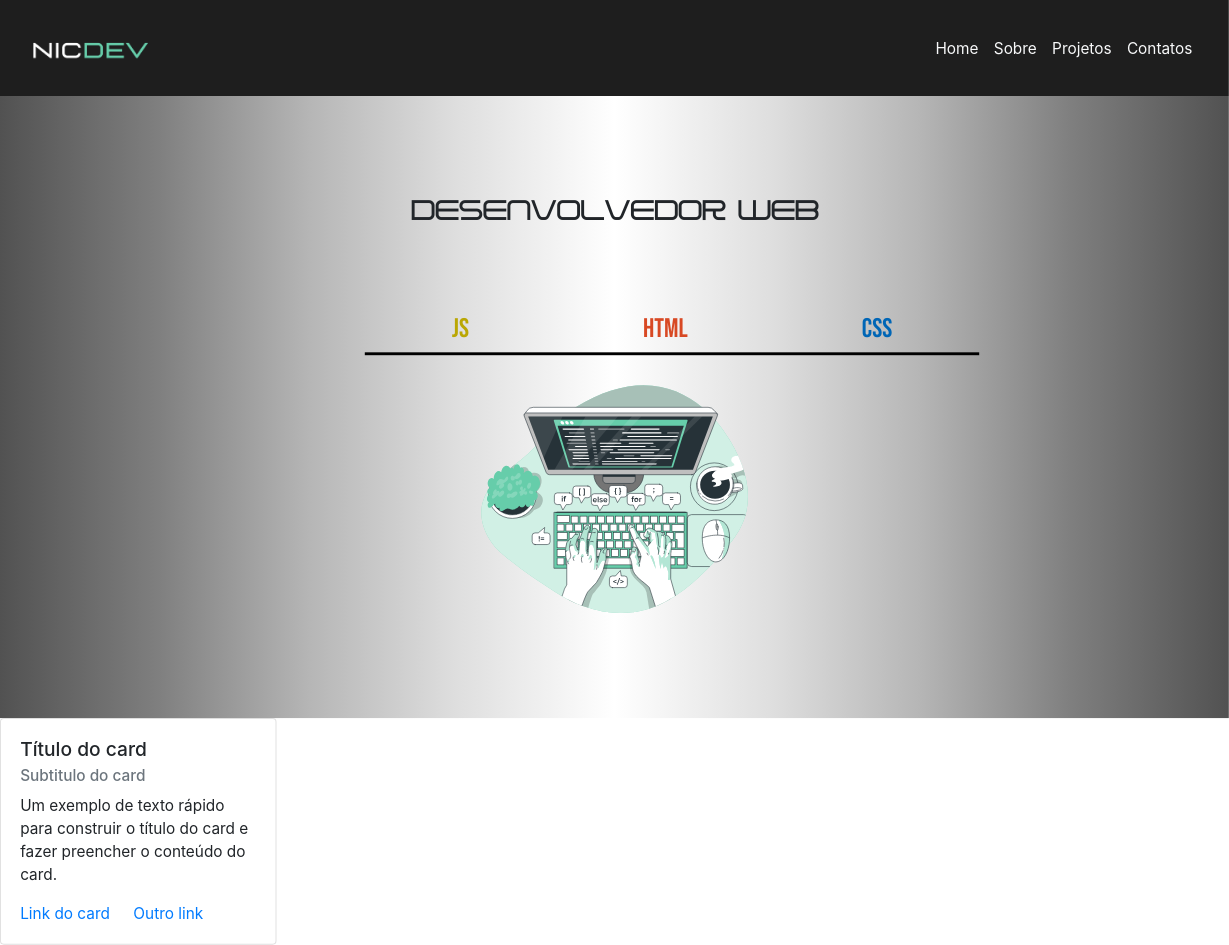
Repository: Leonngc/nicdev
Page: index.html
The author's editor kept a copy of each file at every save. The page is drawn from the files as they stood at one save, then again after a run of saves.
The browser window is 1280 px wide. The pictures show the whole page, at 96% of full size.

Above is the page before, as saved 2023-04-14 11:46:16.

### index.html
<!DOCTYPE html>
<html lang="pt-br">
  <head>
    <meta charset="UTF-8" />
    <meta http-equiv="X-UA-Compatible" content="IE=edge" />
    <meta name="viewport" content="width=device-width, initial-scale=1.0" />
    <link rel="stylesheet" href="https://stackpath.bootstrapcdn.com/bootstrap/4.1.3/css/bootstrap.min.css" integrity="sha384-MCw98/SFnGE8fJT3GXwEOngsV7Zt27NXFoaoApmYm81iuXoPkFOJwJ8ERdknLPMO" crossorigin="anonymous">
    <link rel="stylesheet" href="styles/gradiente.css">
    <title>nicdev</title>
  </head>
  <body>

    <header>
      <nav class="navbar navbar-expand-lg navbar-dark" style="background-color: #1E1E1E; padding: 30px;">
        <a class="navbar-brand" href="#" ><img src="images/nicdev-logo.png" alt="" style="width: 130px;"></a>
        <button class="navbar-toggler" type="button" data-toggle="collapse" data-target="#navbarNav" aria-controls="navbarNav" aria-expanded="false" aria-label="Alterna navegação">
          <span class="navbar-toggler-icon"></span>
        </button>
        <div class="collapse navbar-collapse justify-content-end" id="navbarNav">
          <ul class="navbar-nav" >
            <li class="nav-item active">
              <a class="nav-link text-light " href="#">Home <span class="sr-only">(Página atual)</span></a>
            </li>
            <li class="nav-item">
              <a class="nav-link text-light" href="#">Sobre</a>
            </li>
            <li class="nav-item ">
              <a class="nav-link text-light" href="#">Projetos</a>
            </li>
            <li class="nav-item">
              <a class="nav-link text-light" href="#">Contatos</a>
            </li>
          </ul>
        </div>
      </nav>
    </header>

    <div class="contain">
      <h2>DESENVOLVEDOR WEB</h2>
      <div class="skills">
        <span style="color: #baa704;">JS</span>
        <span style="color: #D84924;">HTML</span>
        <span style="color: #0066B6;">CSS</span>
      </div>

      <img src="images/Code typing-bro.svg" alt="" class="code-image">
    </div>

    <main>
      <div class="card" style="width: 18rem;">
        <div class="card-body">
          <h5 class="card-title">Título do card</h5>
          <h6 class="card-subtitle mb-2 text-muted">Subtitulo do card</h6>
          <p class="card-text">Um exemplo de texto rápido para construir o título do card e fazer preencher o conteúdo do card.</p>
          <a href="#" class="card-link">Link do card</a>
          <a href="#" class="card-link">Outro link</a>
        </div>
      </div>
    </main>

    <script src="https://code.jquery.com/jquery-3.3.1.slim.min.js" integrity="sha384-q8i/X+965DzO0rT7abK41JStQIAqVgRVzpbzo5smXKp4YfRvH+8abtTE1Pi6jizo" crossorigin="anonymous"></script>
    <script src="https://cdnjs.cloudflare.com/ajax/libs/popper.js/1.14.3/umd/popper.min.js" integrity="sha384-ZMP7rVo3mIykV+2+9J3UJ46jBk0WLaUAdn689aCwoqbBJiSnjAK/l8WvCWPIPm49" crossorigin="anonymous"></script>
    <script src="https://stackpath.bootstrapcdn.com/bootstrap/4.1.3/js/bootstrap.min.js" integrity="sha384-ChfqqxuZUCnJSK3+MXmPNIyE6ZbWh2IMqE241rYiqJxyMiZ6OW/JmZQ5stwEULTy" crossorigin="anonymous"></script>
  </body>
</html>

### styles/gradiente.css
@import url('https://fonts.googleapis.com/css2?family=Bebas+Neue&display=swap');

@font-face {
    font-family: Lastica;
    src: url(../fonts/instrg.ttf)
}

*{
    max-width: 100vw;
}

:root{
 --bebas-neue : 'Bebas Neue', cursive;
}

body{
    overflow-x: hidden;
}

.contain{
    margin: auto;
    width: 100vw;
    height: 90vh;
   justify-content: center;
   text-align: center;
   padding-top: 100px;

   background-image: linear-gradient(
  270deg,
  hsl(0, 0%, 32%) 0%,
  hsl(0deg 0% 50%) 13%,
  hsl(0deg 0% 71%) 25%,
  hsl(0deg 0% 87%) 37%,
  hsl(0deg 0% 100%) 50%,
  hsl(0deg 0% 87%) 63%,
  hsl(0deg 0% 71%) 75%,
  hsl(0deg 0% 50%) 87%,
  hsl(0deg 0% 32%) 100%
);

}


h2{
    font-family: Lastica, sans-serif;
    font-weight: bold;
}

.skills{
    width: 50%;
    display: flex;
    justify-content: space-around;
    margin-left: 380px;
    margin-right: 380px;
    margin-top: 80px;
    border-bottom: 3px solid black;
}

.skills > span{
    font-size: 28px;
    font-family: var(--bebas-neue), sans-serif;
    color: #4BC6B9;
    padding: 3px;
}

.code-image{
    width: 300px;

}

@media screen and (max-width: 900px) {
    .skills{
        margin: auto;
    }
}

After the next 5 saves:
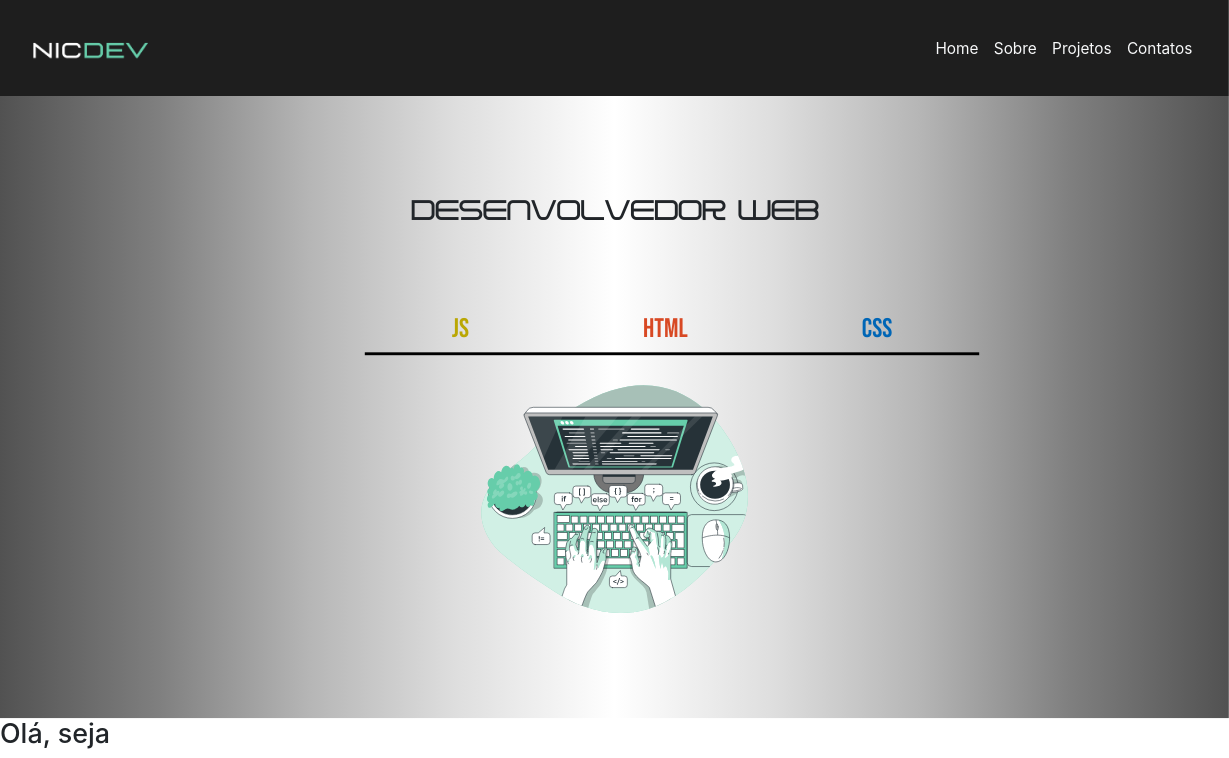
The 5 saves are shown as one change because they came seconds apart.
The last was saved 26 s later.
--- a/index.html
+++ b/index.html
@@ -47,14 +47,10 @@
     </div>
 
     <main>
-      <div class="card" style="width: 18rem;">
-        <div class="card-body">
-          <h5 class="card-title">Título do card</h5>
-          <h6 class="card-subtitle mb-2 text-muted">Subtitulo do card</h6>
-          <p class="card-text">Um exemplo de texto rápido para construir o título do card e fazer preencher o conteúdo do card.</p>
-          <a href="#" class="card-link">Link do card</a>
-          <a href="#" class="card-link">Outro link</a>
-        </div>
+      <div >
+        <h3>
+          Olá, seja
+        </h3>
       </div>
     </main>
 
